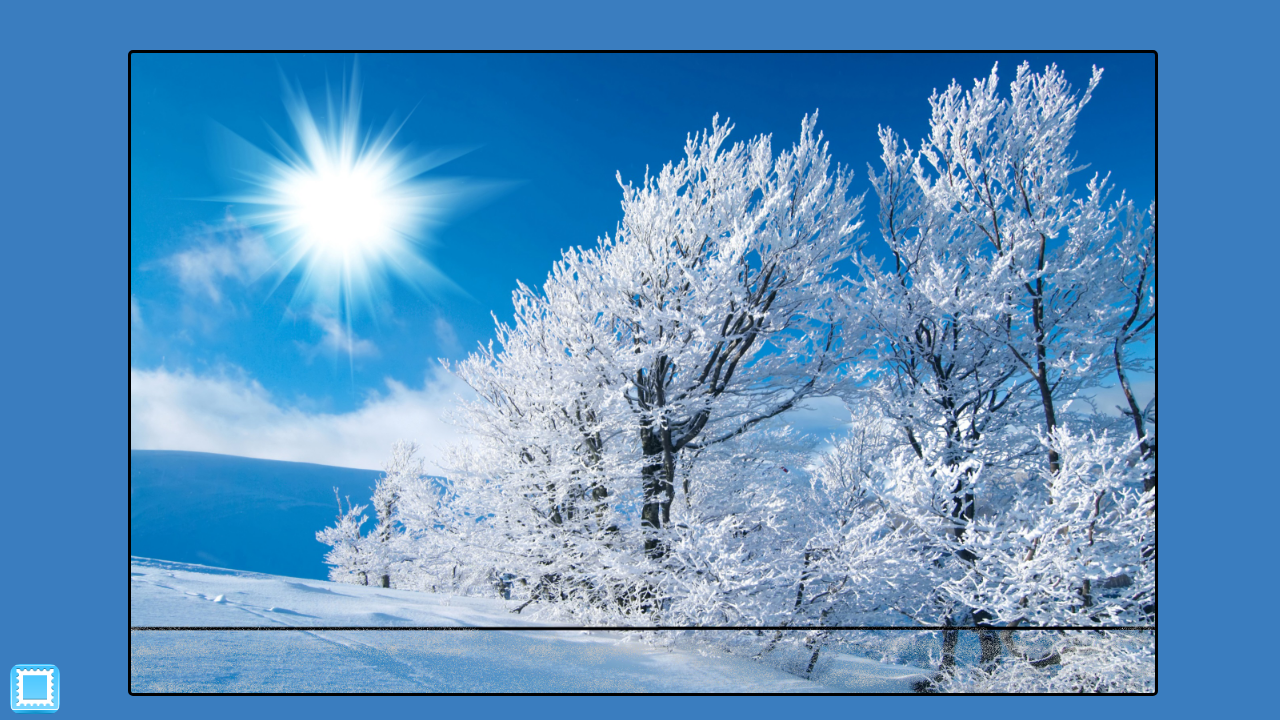
Repository: la222tc/la222tc-1dv403-Laborationer
Page: 5-pwd/index.html
The author's editor kept a record of every edit. The page is drawn from the files as they stood at one moment, then again after the next edit.
The browser window is 1280 px wide. The pictures show the whole page.

Above is the page before.
Console error: TypeError: Cannot read properties of null (reading 'addEventListener')

### 5-pwd/index.html
<!DOCTYPE html>
<html lang="sv">
<head>
	<meta charset="UTF-8" />
 	<title>JavaScript - Laboration 5 - pwd</title>
 	<link rel="stylesheet" href="css/style.css" type="text/css" />
</head>
    <body>
        <div id="content">
            <div id="window">

            </div>
            <div id="windowbar">
                 <a href="#"><img id="imagewindow" alt="imagewindow" src="img/imageicon.png"></a>
            </div>
        </div>
        <script type="text/javascript" src="js/quiz.js"></script>
    </body>
</html>

### 5-pwd/css/style.css
body {
    background-color:#3A7DBF;
}
#content{
    width:1024px;
    height:640px;
    margin:auto;
}

#window {
    position: relative;
    width:1024px;
    height:640px;
    background-size:100%;
    background-image:url("../img/winter3.jpg");
    background-repeat:no-repeat;
    margin-top:50px;
    border:3px solid black;
    border-radius:5px;
}

#windowbar {
    background-image:url("../img/winter2.png");
    background-size:100%;
}

#imagewindow {
    position: absolute; left: 0; bottom: 0;
    width:50px;
    height:50px;
    border-radius:10px;
    margin-left:10px;
    margin-bottom:6px;
}

#imagewindow:hover {
    width:60px;
    height:60px;
    margin-left:5px;
    margin-bottom:0px;
}


/* Imagewiewer */

#imageWiewer {
    background-color:#3A7DBF;
    width:300px;
    height:500px;
    border-radius:5px;
    margin-left:50px;
    margin-top:20px;
    -webkit-box-shadow: 0px 0px 30px 8px rgba(0, 146, 249, 1);
    -moz-box-shadow:    0px 0px 30px 8px rgba(0, 146, 249, 1);
    box-shadow:         0px 0px 30px 8px rgba(0, 146, 249, 1);
}

.wiewHeader {
    background-color:#3A57BF;
    width:100%;
    height:45px;
    border-radius:5px 5px 1px 1px;
    -webkit-box-shadow: 0px -3px 30px 8px rgba(219, 208, 215, 0.43);
    -moz-box-shadow:    0px -3px 30px 8px rgba(219, 208, 215, 0.43);
    box-shadow:         0px -3px 30px 8px rgba(219, 208, 215, 0.43);
    float:left;
}

#wiewContent {
    width:100%;
    height:430px;
    float:left;
}

#wiewFooter {
    width:100%;
    height:25px;
    float:left;
    background-color:#3A57BF;
    border-radius:0px 0px 5px 5px;
}

.headerImage {
    width:20px;
    height:20px;
    margin-left:4px;
    margin-top:4px;
    opacity:0.7;
    float:left;
}

.headerText {
    float:left;
    margin-left:5px;
    margin-top:10px;
    color:white;
    font-family:"Courier New", Georgia, Serif;;
    font-size:12px;
}

#headerCloseImage {
    width:20px;
    height:20px;
    float:right;
    opacity:0.7;
    margin-right:4px;
    margin-top:3px;
    -webkit-box-shadow: 0px 0px 30px 8px rgba(0, 146, 249, 0.88);
    -moz-box-shadow:    0px 0px 30px 8px rgba(0, 146, 249, 0.88);
    box-shadow:         0px 0px 30px 8px rgba(0, 146, 249, 0.88);
}

#headerCloseImage:hover {
    opacity:1;
}

#footerImage {
    width:15px;
    height:15px;
    float:left;
    margin-left:5px;
    margin-top:5px;
}

#footerText {
    float:left;
    font-size:12px;
    margin-top:10px;
    margin-left:10px;
}

.images {
    float:left;
    background-color:#3AA5BF;
    margin:5px 5px 5px 5px;
    padding:4px 4px 4px 4px;
    text-align:center;
    border-radius:5px;
}

### 4-thequiz/js/quiz.js
"use strict";

    var quiz = {

    url: "http://vhost3.lnu.se:20080/question/1",
    xhr: new XMLHttpRequest(),
    div: document.getElementById("content"),
    answer: document.getElementById("answer"),
    submit: document.getElementById("button"),
    wrongAnswer: document.getElementById("wrongAnswer"),
    textBox: document.getElementById("answer"),
    pers: null,
    numberOfTries: 0,
    array: [],

    init: function () {

        quiz.submit.addEventListener("click", function (e) {
            e.preventDefault();
            quiz.sendQuestion(quiz.answer.value, quiz.pers.nextURL);
        });

        quiz.textBox.addEventListener("keypress", function (e) {
            console.log(e.keycode);
            if (e.keycode === 13) {
            e.preventDefault();
            quiz.sendQuestion(quiz.answer.value, quiz.pers.nextURL);
            }
        });

        quiz.displayQuestion(quiz.url);
    },

    displayQuestion: function (url) {
        quiz.wrongAnswer.innerHTML = "";
        quiz.xhr.onreadystatechange = function(){

           if (quiz.xhr.readyState === 4) {
               if (quiz.xhr.status == 200 || quiz.xhr.status == 304) {

                    quiz.pers = JSON.parse(quiz.xhr.responseText);
                    console.log(quiz.pers.question);
                    var p = document.getElementById("Question");
                    p.innerHTML = quiz.pers.question;

               }


           }
       };

        quiz.xhr.open("GET", url, true);
        quiz.xhr.send(null);
    },

    sendQuestion: function (answer, url) {

        var xhr2 = new XMLHttpRequest();


        xhr2.onreadystatechange = function(){

           if (xhr2.readyState === 4) {
               var pers = JSON.parse(xhr2.responseText);
               console.log(pers);

               if (pers.message === "Correct answer!") {
                    quiz.displayQuestion(pers.nextURL);
                    quiz.array.push(quiz.numberOfTries);
                    quiz.numberOfTries = 0;

                   if (pers.nextURL === undefined) {
                       quiz.wrongAnswer.innerHTML = "Quizen avklarad";
                       quiz.showResult();
                   }
               }

               else {
                   quiz.wrongAnswer.innerHTML = "Fel Svar, försök igen";
                   quiz.numberOfTries += 1;
               }

           }
       };

        xhr2.open('POST', url, true);
        xhr2.setRequestHeader('Content-Type', 'application/json');

        var theAnswer = {answer: answer};
        console.log(theAnswer);

        xhr2.send(JSON.stringify(theAnswer));

    },

    showResult: function () {


        for (var i = 1; i < quiz.array.length + 1; i++) {
            var result = document.createElement("p");
            quiz.div.appendChild(result);
            result.innerHTML = "Fråga " + i + " behövde du " + quiz.array[i - 1] + " försök att klara.";
        }
    }

};

window.onload = quiz.init;

After the next edit:
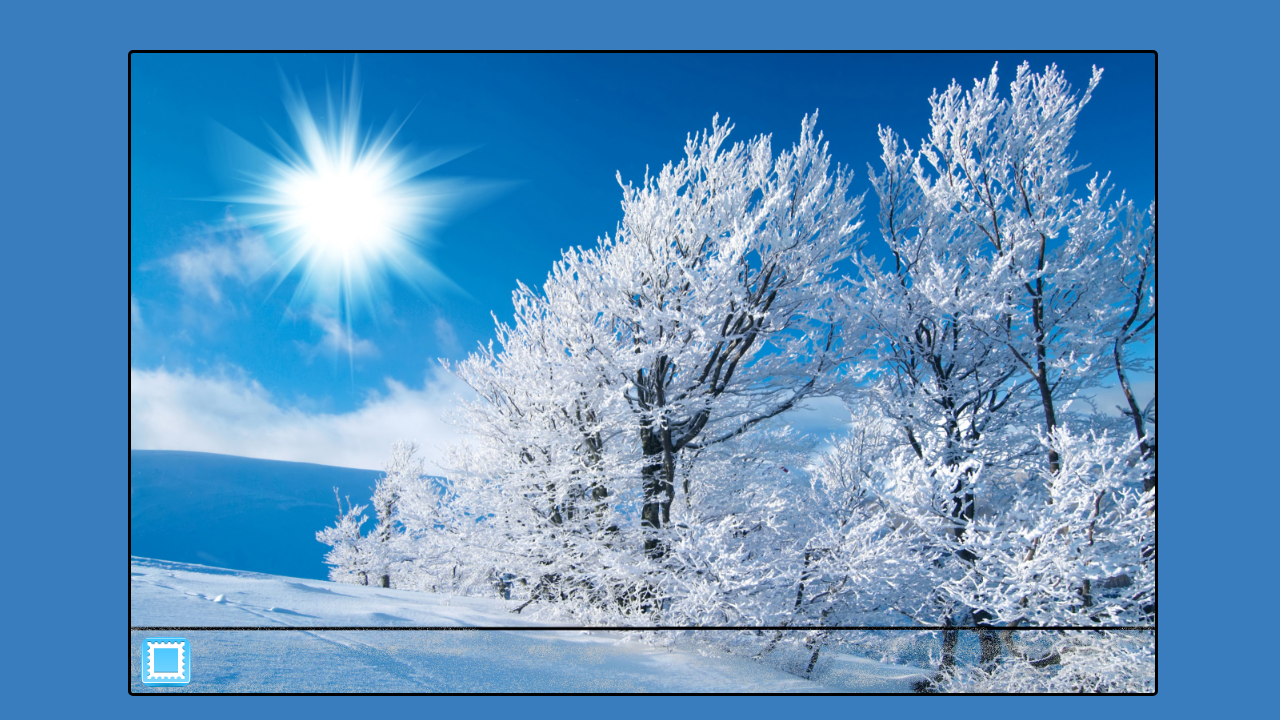
The edit:
--- a/5-pwd/index.html
+++ b/5-pwd/index.html
@@ -8,11 +8,11 @@
     <body>
         <div id="content">
             <div id="window">
-
-            </div>
-            <div id="windowbar">
+                <div id="windowbar">
                  <a href="#"><img id="imagewindow" alt="imagewindow" src="img/imageicon.png"></a>
             </div>
+            </div>
+
         </div>
         <script type="text/javascript" src="js/quiz.js"></script>
     </body>
